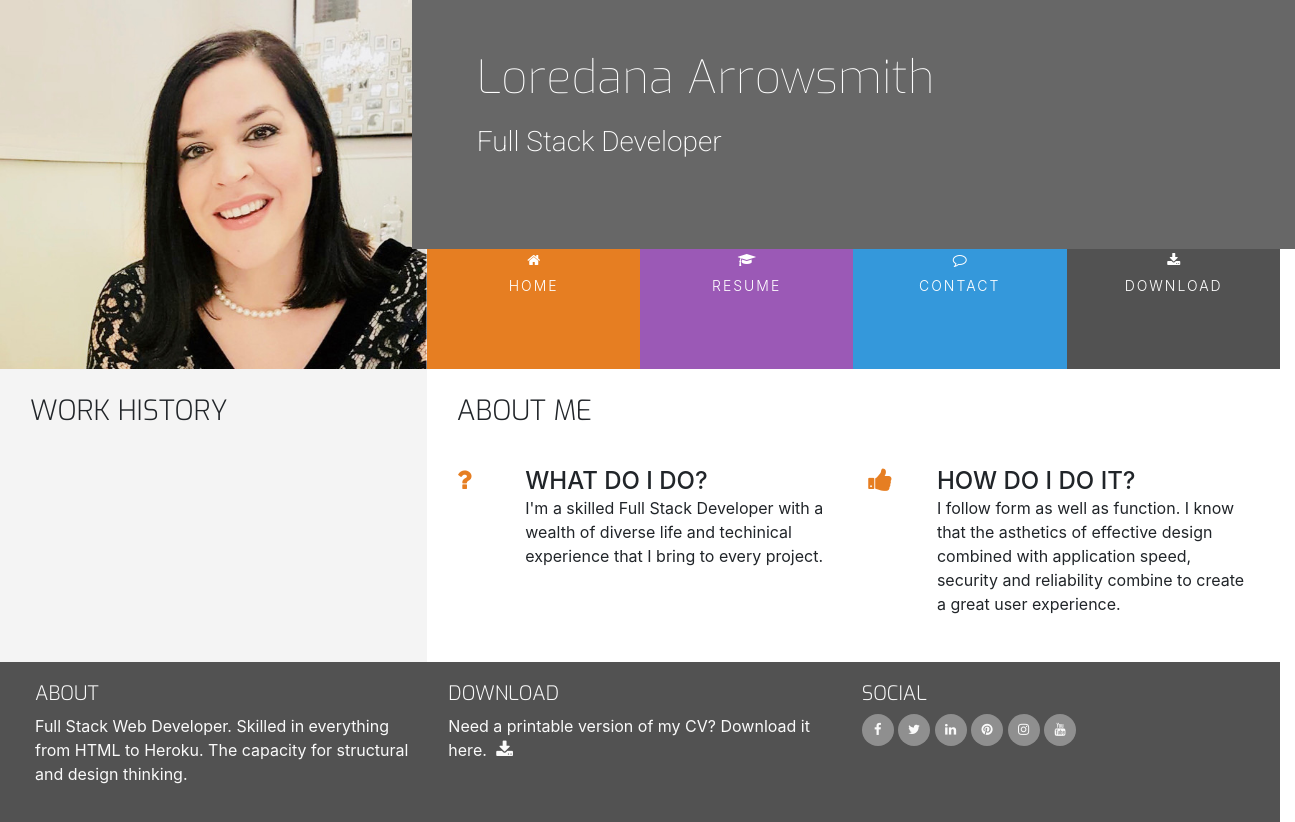
Repository: lolalongo11/Loredana-Resume
Page: resume.html
The author's editor kept a record of every edit. The page is drawn from the files as they stood at one moment, then again after the next edit.
The browser window is 1280 px wide. The page is 1295 px wide, so the pictures cover 1295 px, including what lies to the right of the window. The pictures show the whole page.

Above is the page before.

After the next edit:
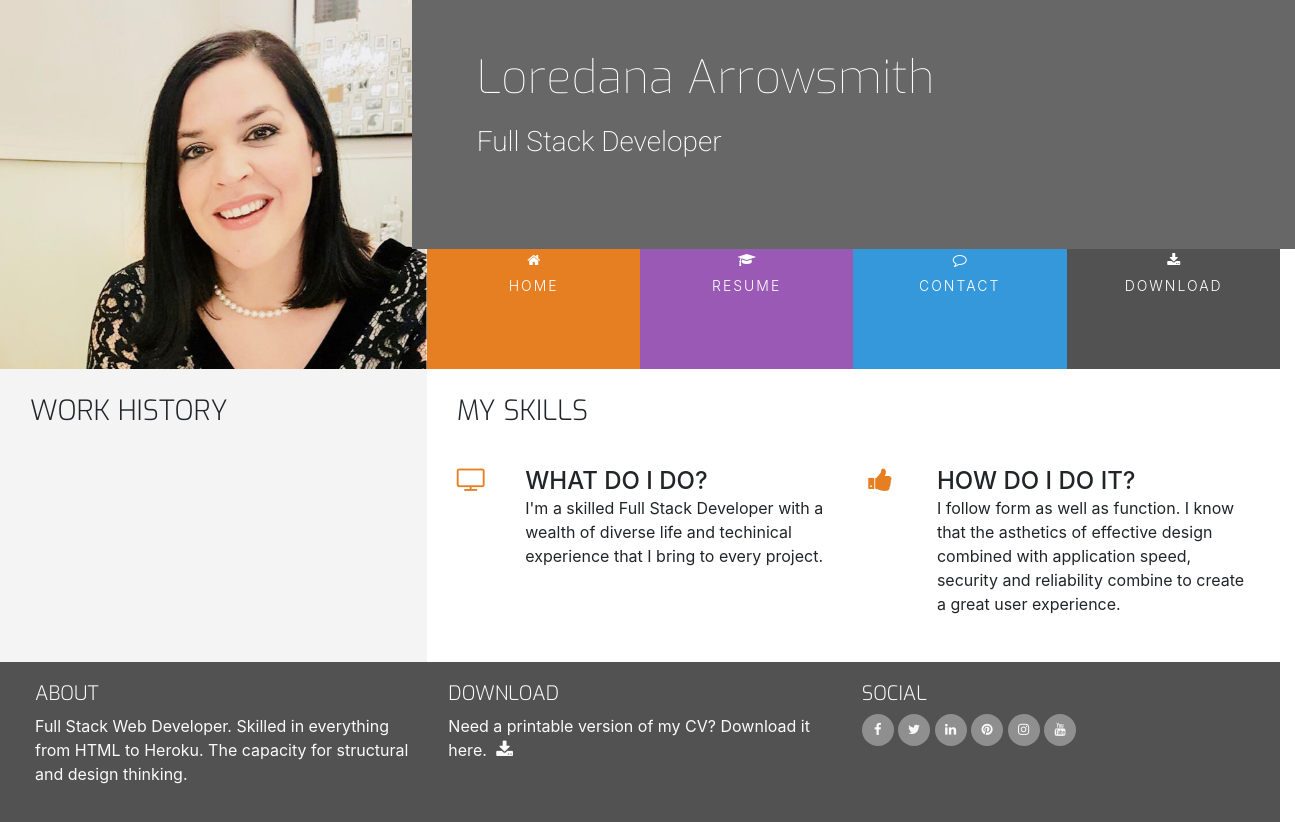
The edit:
--- a/resume.html
+++ b/resume.html
@@ -1,5 +1,6 @@
 <!DOCTYPE html>
 <html lang="en">
+
 <head>
     <meta charset="UTF-8">
     <meta name="viewport" content="width=device-width, initial-scale=1.0">
@@ -10,6 +11,7 @@
     <link rel="stylesheet" href="assets/css/style.css" type="text/css" />
     <title>Loredana</title>
 </head>
+
 <body>
     <header>
         <div class="row no-gutters">
@@ -43,7 +45,7 @@
         </div>
 
     </header>
-        <section class="container-fluid">
+    <section class="container-fluid">
         <div class="row">
             <div class="col-md-4 bg-color-personal-info section-column">
                 <div class="row">
@@ -57,14 +59,14 @@
             <div class="col-md-8 bg-color-three-reasons section-column">
                 <div class="row">
                     <div class="col">
-                        <h3 class="section-heading uppercase">About Me</h3>
+                        <h3 class="section-heading uppercase">My Skills</h3>
                     </div>
                 </div>
                 <div class="row">
                     <div class="col-10 offset-1 offset-sm-0 col-sm-4 col-md-6">
                         <div class="row">
                             <div class="col-2">
-                                <i class="three-reasons-icon fa fa-question" aria-hidden="true"></i>
+                                <i class="three-reasons-icon fa fa-tv" aria-hidden="true"></i>
                             </div>
                             <div class="col-10">
                                 <h4 class="three-reasons-heading uppercase">What do I do?</h4>
@@ -156,4 +158,5 @@
 
     </footer>
 </body>
+
 </html>
